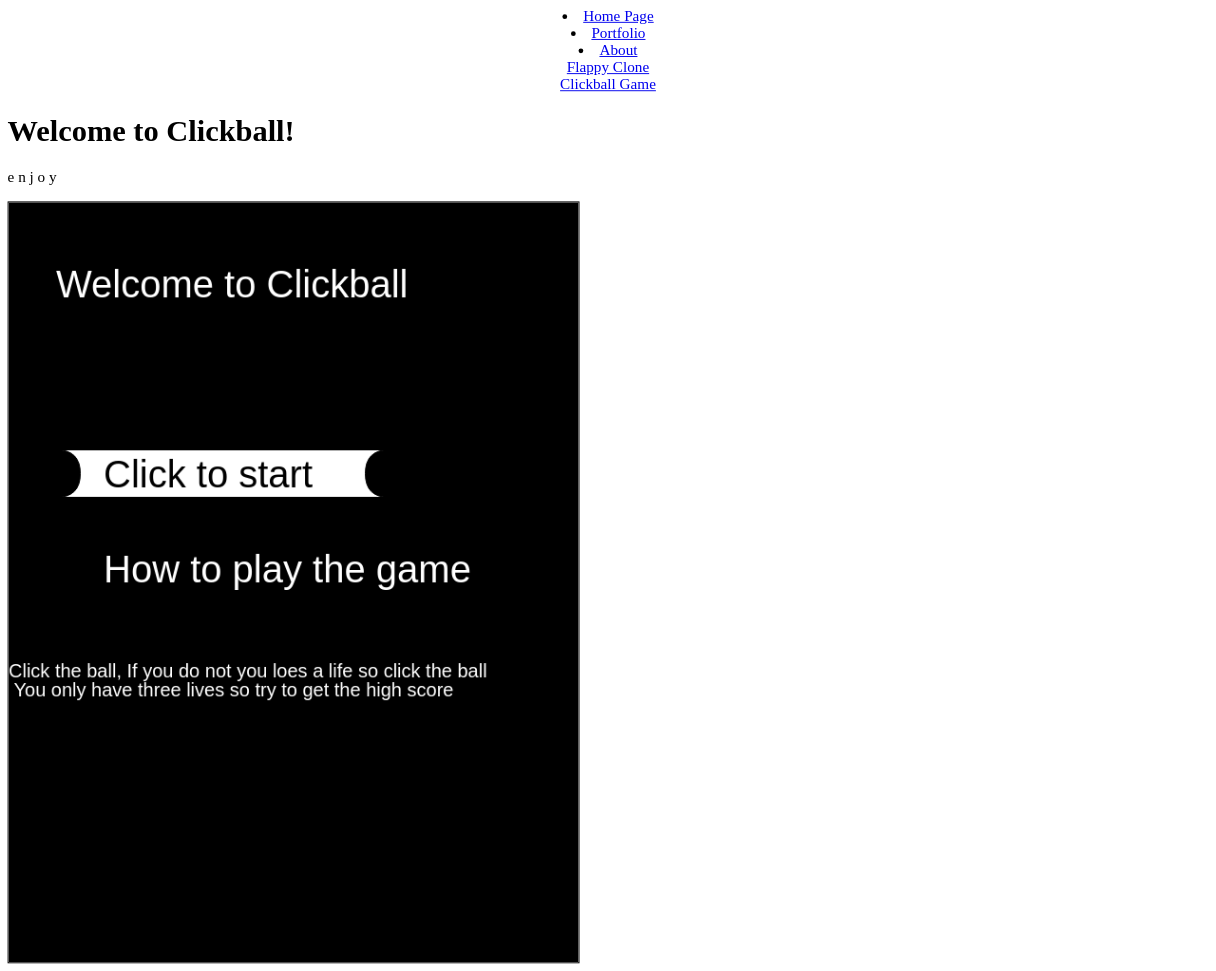
Repository: bluesyrupshed/bluesyrupshed.github.io
Page: clickball.html
The author's editor kept a record of every edit. The page is drawn from the files as they stood at one moment, then again after the next edit.
The browser window is 1280 px wide. The pictures show the whole page, at 95% of full size.

Above is the page before.

After the next edit:
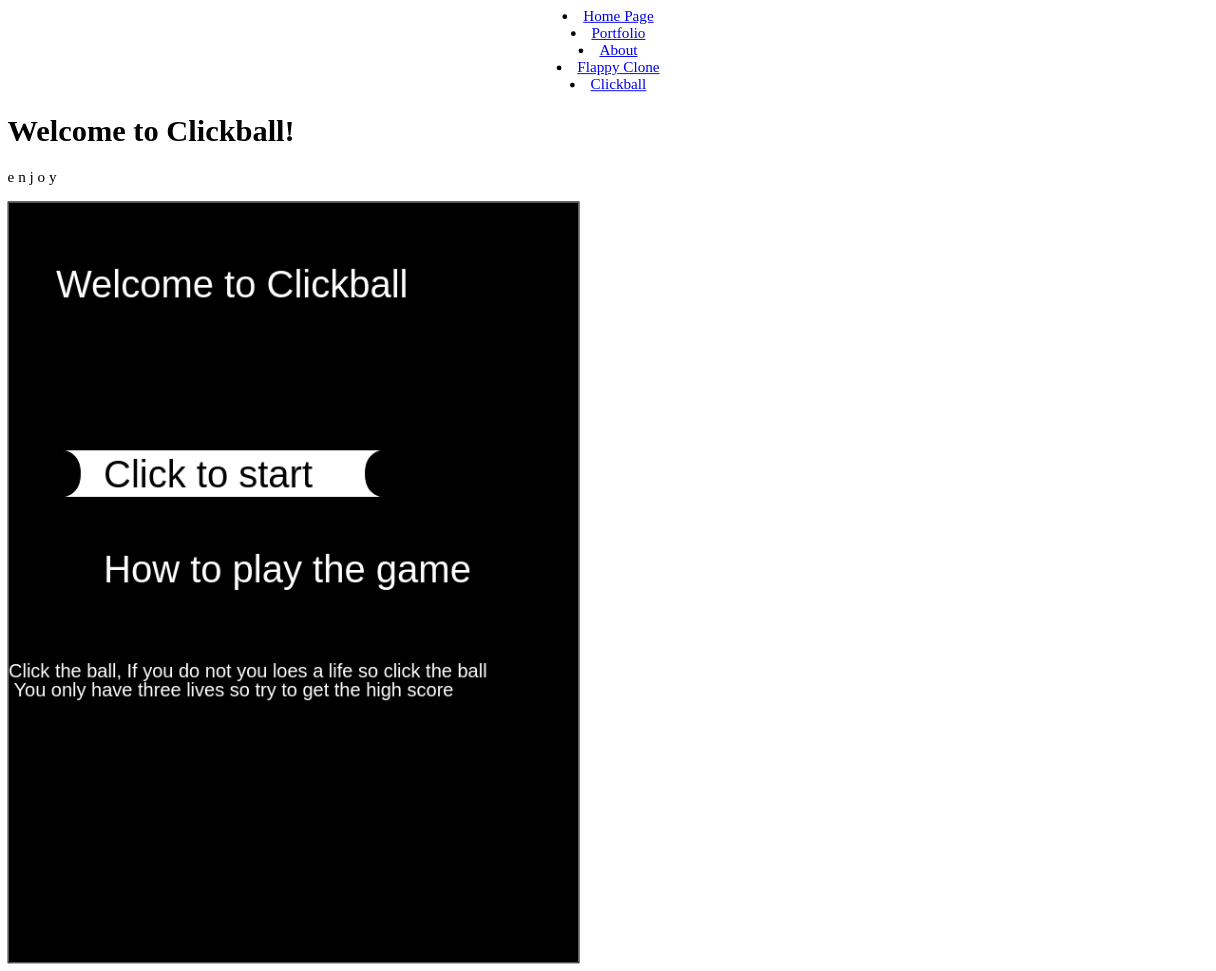
The edit:
--- a/clickball.html
+++ b/clickball.html
@@ -13,8 +13,8 @@
     <center><li><a href="index.html">Home Page</a></li></center>
        <center><li><a href="portfolio.html">Portfolio</a></li></center>
        <center><li><a href="about.html">About</a></li></center>
-       <center><a href="flappymm.html">Flappy Clone</a></center>
-        <center><a href="clickball.html">Clickball Game</a></center>
+       <center><li><a href="flappymm.html">Flappy Clone</a></li></center>
+        <center><li><a href="clickball.html">Clickball</a></li></center>
     <h1>Welcome to Clickball!</h1>
     <p>e n j o y</p>
 
